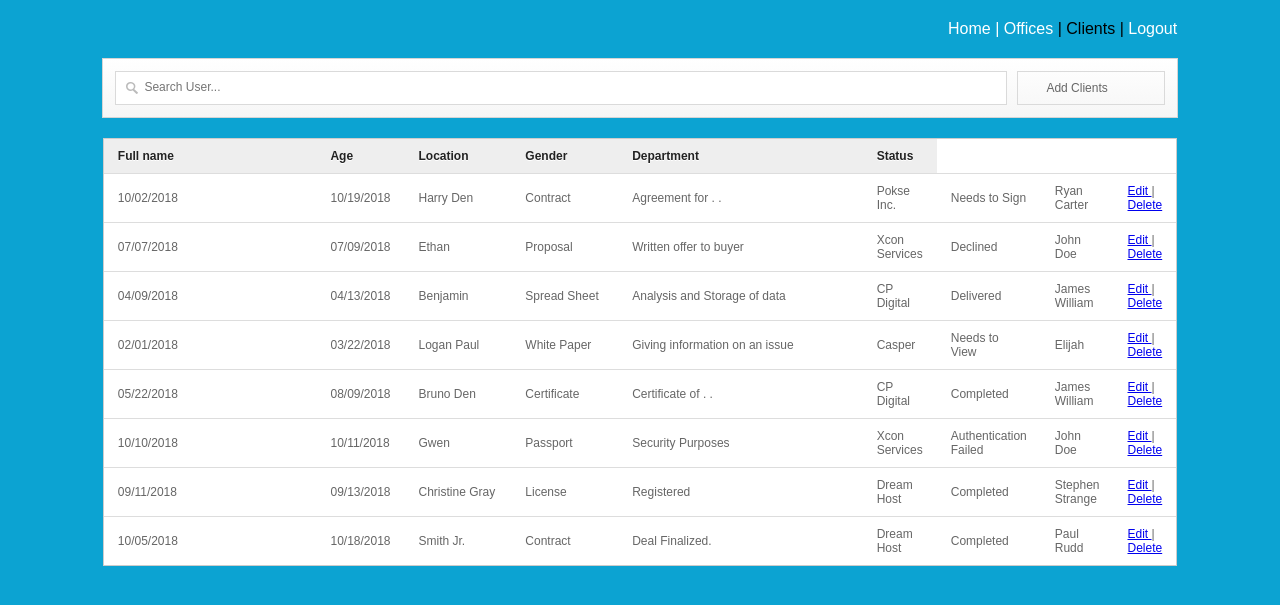
Repository: MrSyntax31/recordmanagement
Page: http://localhost/main/clients.php
An editor plug-in stored every save of this project. The page is shown before and after the next save, followed by the edit.
The browser window is 1280 px wide. The pictures show the whole page.
The page is run by PHP 8.4 with error messages shown; the project is at /var/www/html/. The database holds what the project's SQL file puts in it.

Above is the page before, as saved 2022-03-03 14:41:23.

### main/clients.php
<style>
body {
	background: #0ca3d2;
}
table { border-collapse: separate; background-color: #FFFFFF; border-spacing: 0; width: 85%; color: #666666; text-shadow: 0 1px 0 #FFFFFF; border: 1px solid #CCCCCC; box-shadow: 0; margin: 0 auto;font-family: arial; }
table thead tr th { background: none repeat scroll 0 0 #EEEEEE; color: #222222; padding: 10px 14px; text-align: left; border-top: 0 none; font-size: 12px; }
table tbody tr td{
    background-color: #FFFFFF;
	font-size: 12px;
    text-align: left;
	padding: 10px 14px;
	border-top: 1px solid #DDDDDD;
}
#log {
	width: 85%;
	text-align: right;
	margin: 20px auto;
	font-family: arial;
}
#log a {
	color: #FFFFFF;
	text-decoration: none;
	font-family: arial;
}
#formdesign {
	background: linear-gradient(to bottom, #FFFFFF 0%, #F6F6F6 100%) repeat scroll 0 0 rgba(0, 0, 0, 0);
    border: 1px solid #D5D5D5;
    padding: 12px;
    position: relative;
	margin: 20px auto;
	width: 83%;
	clear: both;
	height: 34px;
}
#filter {
	-moz-box-sizing: border-box;
    background: url("img/big_search.png") no-repeat scroll 10px 10px #FFFFFF;
    box-shadow: none;
    display: block;
    font-size: 12px;
    height: 34px;
    padding: 9px 140px 9px 28px;display: block;
    font-size: 12px;
    height: 34px;
    padding: 9px 140px 9px 28px;
    width: 85%;
	border: 1px solid #DADADA;
    transition: border 0.2s linear 0s, box-shadow 0.2s linear 0s;
	padding-top: 6px;
	float: left;
}
#add {
	float: right;
	width: 8.5%;
	display: block;
    font-size: 12px;
    height: 14px;
    padding: 9px 28px 9px 28px;
	border: 1px solid #DADADA;
}
a#add {
	text-decoration: none;
	color: #666666;
	font-family: arial;
	font-size: 12px;
}

</style>
<script src="argiepolicarpio.js" type="text/javascript" charset="utf-8"></script>
<script src="js/application.js" type="text/javascript" charset="utf-8"></script>
<!--sa poip up-->
<link href="src/facebox.css" media="screen" rel="stylesheet" type="text/css" />
   <script src="lib/jquery.js" type="text/javascript"></script>
  <script src="src/facebox.js" type="text/javascript"></script>
  <script type="text/javascript">
    jQuery(document).ready(function($) {
      $('a[rel*=facebox]').facebox({
        loadingImage : 'src/loading.gif',
        closeImage   : 'src/closelabel.png'
      })
    })
  </script>
<div id="log"> <a href="index.php">Home | <a href="offices.php">Offices</a> | Clients |  <a href="../index.php">Logout</a>
</div>
<div id="formdesign">
<input type="text" name="filter" value="" id="filter" placeholder="Search User..." autocomplete="off" />
<a rel="facebox" href="add.php" id="add">Add Clients</a>
</div>
<table cellspacing="0" cellpadding="2" id="resultTable">
<thead>
	<tr>
		<th width="20%"> Full name</th>
		<th width="7%"> Age</th>
		<th width="10%"> Location </th>
		<th width="10%"> Gender </th>
		<th width="23%"> Department </th>
		<th width="5%">  Status </th>
	</tr>
</thead>
<tbody>
	<?php
		include('connect.php');
		$result = $db->prepare("SELECT * FROM transaction ORDER BY id DESC");
		$result->execute();
		for($i=0; $row = $result->fetch(); $i++){
	?>
	<tr class="record">
		<td><?php echo $row['date']; ?></td>
		<td><?php echo $row['dateout']; ?></td>
		<td><?php echo $row['receive_by']; ?></td>
		<td><?php echo $row['doc_type']; ?></td>
		<td><?php echo $row['description']; ?></td>
		<td><?php echo $row['office']; ?></td>
		<td><?php echo $row['status']; ?></td>
		<td><?php echo $row['ft']; ?></td>
		<td><a rel="facebox" href="editform.php?id=<?php echo $row['id']; ?>"> Edit </a> | <a href="#" id="<?php echo $row['id']; ?>" class="delbutton" title="Click To Delete">Delete</a></td>
	</tr>
	<?php
		}
	?>
</tbody>
</table>
<script src="js/jquery.js"></script>
  <script type="text/javascript">
$(function() {


$(".delbutton").click(function(){

//Save the link in a variable called element
var element = $(this);

//Find the id of the link that was clicked
var del_id = element.attr("id");

//Built a url to send
var info = 'id=' + del_id;
 if(confirm("Sure you want to delete this update? There is NO undo!"))
		  {

 $.ajax({
   type: "GET",
   url: "delete.php",
   data: info,
   success: function(){

   }
 });
         $(this).parents(".record").animate({ backgroundColor: "#fbc7c7" }, "fast")
		.animate({ opacity: "hide" }, "slow");

 }

return false;

});

});
</script>

### main/connect.php
<?php
/* Database config */
$db_host		= 'localhost';
$db_user		= 'root';
$db_pass		= '';
$db_database	= 'record';

/* End config */

$db = new PDO('mysql:host='.$db_host.';dbname='.$db_database, $db_user, $db_pass);
$db->setAttribute(PDO::ATTR_ERRMODE, PDO::ERRMODE_EXCEPTION);

?>

### main/js/application.js
$(document).ready(function() {
	zebraRows('tr:odd td', 'odd');

	$('tbody tr').hover(function(){
	  $(this).find('td').addClass('hovered');
	}, function(){
	  $(this).find('td').removeClass('hovered');
	});

	//default each row to visible
	$('tbody tr').addClass('visible');

	//overrides CSS display:none property
	//so only users w/ JS will see the
	//filter box
	$('#search').show();

	$('#filter').keyup(function(event) {
		//if esc is pressed or nothing is entered
    if (event.keyCode == 27 || $(this).val() == '') {
			//if esc is pressed we want to clear the value of search box
			$(this).val('');

			//we want each row to be visible because if nothing
			//is entered then all rows are matched.
      $('tbody tr').removeClass('visible').show().addClass('visible');
    }

		//if there is text, lets filter
		else {
      filter('tbody tr', $(this).val());
    }

		//reapply zebra rows
		$('.visible td').removeClass('odd');
		zebraRows('.visible:even td', 'odd');
	});

	//grab all header rows
	$('thead th').each(function(column) {
		$(this).addClass('sortable')
					.click(function(){
						var findSortKey = function($cell) {
							return $cell.find('.sort-key').text().toUpperCase() + ' ' + $cell.text().toUpperCase();
						};

						var sortDirection = $(this).is('.sorted-asc') ? -1 : 1;

						//step back up the tree and get the rows with data
						//for sorting
						var $rows		= $(this).parent()
																.parent()
																.parent()
																.find('tbody tr')
																.get();

						//loop through all the rows and find
						$.each($rows, function(index, row) {
							row.sortKey = findSortKey($(row).children('td').eq(column));
						});

						//compare and sort the rows alphabetically
						$rows.sort(function(a, b) {
							if (a.sortKey < b.sortKey) return -sortDirection;
							if (a.sortKey > b.sortKey) return sortDirection;
							return 0;
						});

						//add the rows in the correct order to the bottom of the table
						$.each($rows, function(index, row) {
							$('tbody').append(row);
							row.sortKey = null;
						});

						//identify the column sort order
						$('th').removeClass('sorted-asc sorted-desc');
						var $sortHead = $('th').filter(':nth-child(' + (column + 1) + ')');
						sortDirection == 1 ? $sortHead.addClass('sorted-asc') : $sortHead.addClass('sorted-desc');

						//identify the column to be sorted by
						$('td').removeClass('sorted')
									.filter(':nth-child(' + (column + 1) + ')')
									.addClass('sorted');

						$('.visible td').removeClass('odd');
						zebraRows('.visible:even td', 'odd');
					});
	});
});


//used to apply alternating row styles
function zebraRows(selector, className)
{
	$(selector).removeClass(className)
							.addClass(className);
}

//filter results based on query
function filter(selector, query) {
	query	=	$.trim(query); //trim white space
  query = query.replace(/ /gi, '|'); //add OR for regex

  $(selector).each(function() {
    ($(this).text().search(new RegExp(query, "i")) < 0) ? $(this).hide().removeClass('visible') : $(this).show().addClass('visible');
  });
}

### main/src/facebox.css
#facebox {
  position: absolute;
  top: 0;
  left: 0;
  z-index: 100;
  text-align: left;
}


#facebox .popup{
  position:relative;
  border:3px solid rgba(0,0,0,0);
  -webkit-border-radius:5px;
  -moz-border-radius:5px;
  border-radius:5px;
  -webkit-box-shadow:0 0 18px rgba(0,0,0,0.4);
  -moz-box-shadow:0 0 18px rgba(0,0,0,0.4);
  box-shadow:0 0 18px rgba(0,0,0,0.4);
}

#facebox .content {
  display:table;
  width: 280px;
  padding: 10px;
  background: #fff;
  -webkit-border-radius:4px;
  -moz-border-radius:4px;
  border-radius:4px;
}

#facebox .content > p:first-child{
  margin-top:0;
}
#facebox .content > p:last-child{
  margin-bottom:0;
}

#facebox .close{
  position:absolute;
  top:5px;
  right:5px;
  padding:2px;
  background:#fff;
}
#facebox .close img{
  opacity:0.3;
}
#facebox .close:hover img{
  opacity:1.0;
}

#facebox .loading {
  text-align: center;
}

#facebox .image {
  text-align: center;
}

#facebox img {
  border: 0;
  margin: 0;
}

#facebox_overlay {
  position: fixed;
  top: 0px;
  left: 0px;
  height:100%;
  width:100%;
}

.facebox_hide {
  z-index:-100;
}

.facebox_overlayBG {
  background-color: #000;
  z-index: 99;
}

.hoverbox
{
	cursor: default;
	list-style: none;
}

.hoverbox a
{
	cursor:pointer;
}


.hoverbox img
{
	background: #fff;
	border-color: #aaa #ccc #ddd #bbb;
	border-style: solid;
	border-width: 1px;
	color: inherit;
	padding: 2px;
	vertical-align: top;
	width: 115px;
	height: 70px;
	margin-bottom:5px;
}

### main/src/facebox.js
/*
 * Facebox (for jQuery)
 * version: 1.2 (05/05/2008)
 * @requires jQuery v1.2 or later
 *
 * Examples at http://famspam.com/facebox/
 *
 * Licensed under the MIT:
 *   http://www.opensource.org/licenses/mit-license.php
 *
 * Copyright 2007, 2008 Chris Wanstrath [ chris@ozmm.org ]
 *
 * Usage:
 *
 *  jQuery(document).ready(function() {
 *    jQuery('a[rel*=facebox]').facebox()
 *  })
 *
 *  <a href="#terms" rel="facebox">Terms</a>
 *    Loads the #terms div in the box
 *
 *  <a href="terms.html" rel="facebox">Terms</a>
 *    Loads the terms.html page in the box
 *
 *  <a href="terms.png" rel="facebox">Terms</a>
 *    Loads the terms.png image in the box
 *
 *
 *  You can also use it programmatically:
 *
 *    jQuery.facebox('some html')
 *    jQuery.facebox('some html', 'my-groovy-style')
 *
 *  The above will open a facebox with "some html" as the content.
 *
 *    jQuery.facebox(function($) {
 *      $.get('blah.html', function(data) { $.facebox(data) })
 *    })
 *
 *  The above will show a loading screen before the passed function is called,
 *  allowing for a better ajaxy experience.
 *
 *  The facebox function can also display an ajax page, an image, or the contents of a div:
 *
 *    jQuery.facebox({ ajax: 'remote.html' })
 *    jQuery.facebox({ ajax: 'remote.html' }, 'my-groovy-style')
 *    jQuery.facebox({ image: 'stairs.jpg' })
 *    jQuery.facebox({ image: 'stairs.jpg' }, 'my-groovy-style')
 *    jQuery.facebox({ div: '#box' })
 *    jQuery.facebox({ div: '#box' }, 'my-groovy-style')
 *
 *  Want to close the facebox?  Trigger the 'close.facebox' document event:
 *
 *    jQuery(document).trigger('close.facebox')
 *
 *  Facebox also has a bunch of other hooks:
 *
 *    loading.facebox
 *    beforeReveal.facebox
 *    reveal.facebox (aliased as 'afterReveal.facebox')
 *    init.facebox
 *    afterClose.facebox
 *
 *  Simply bind a function to any of these hooks:
 *
 *   $(document).bind('reveal.facebox', function() { ...stuff to do after the facebox and contents are revealed... })
 *
 */
(function($) {
  $.facebox = function(data, klass) {
    $.facebox.loading()

    if (data.ajax) fillFaceboxFromAjax(data.ajax, klass)
    else if (data.image) fillFaceboxFromImage(data.image, klass)
    else if (data.div) fillFaceboxFromHref(data.div, klass)
    else if ($.isFunction(data)) data.call($)
    else $.facebox.reveal(data, klass)
  }

  /*
   * Public, $.facebox methods
   */

  $.extend($.facebox, {
    settings: {
      opacity      : 0.2,
      overlay      : false,
      loadingImage : '/facebox/loading.gif',
      closeImage   : '/facebox/closelabel.png',
      imageTypes   : [ 'png', 'jpg', 'jpeg', 'gif' ],
      faceboxHtml  : '\
    <div id="facebox" style="display:none;"> \
      <div class="popup"> \
        <div class="content"> \
        </div> \
        <a href="#" class="close"><img src="/facebox/closelabel.png" title="close" class="close_image" /></a> \
      </div> \
    </div>'
    },

    loading: function() {
      init()
      if ($('#facebox .loading').length == 1) return true
      showOverlay()

      $('#facebox .content').empty()
      $('#facebox .body').children().hide().end().
        append('<div class="loading"><img src="'+$.facebox.settings.loadingImage+'"/></div>')

      $('#facebox').css({
        top:	getPageScroll()[1] + (getPageHeight() / 10),
        left:	$(window).width() / 2 - 205
      }).show()

      $(document).bind('keydown.facebox', function(e) {
        if (e.keyCode == 27) $.facebox.close()
        return true
      })
      $(document).trigger('loading.facebox')
    },

    reveal: function(data, klass) {
      $(document).trigger('beforeReveal.facebox')
      if (klass) $('#facebox .content').addClass(klass)
      $('#facebox .content').append(data)
      $('#facebox .loading').remove()
      $('#facebox .body').children().fadeIn('normal')
      $('#facebox').css('left', $(window).width() / 2 - ($('#facebox .popup').width() / 2))
      $(document).trigger('reveal.facebox').trigger('afterReveal.facebox')
    },

    close: function() {
      $(document).trigger('close.facebox')
      return false
    }
  })

  /*
   * Public, $.fn methods
   */

  $.fn.facebox = function(settings) {
    if ($(this).length == 0) return

    init(settings)

    function clickHandler() {
      $.facebox.loading(true)

      // support for rel="facebox.inline_popup" syntax, to add a class
      // also supports deprecated "facebox[.inline_popup]" syntax
      var klass = this.rel.match(/facebox\[?\.(\w+)\]?/)
      if (klass) klass = klass[1]

      fillFaceboxFromHref(this.href, klass)
      return false
    }

    return this.bind('click.facebox', clickHandler)
  }

  /*
   * Private methods
   */

  // called one time to setup facebox on this page
  function init(settings) {
    if ($.facebox.settings.inited) return true
    else $.facebox.settings.inited = true

    $(document).trigger('init.facebox')
    makeCompatible()

    var imageTypes = $.facebox.settings.imageTypes.join('|')
    $.facebox.settings.imageTypesRegexp = new RegExp('\.(' + imageTypes + ')$', 'i')

    if (settings) $.extend($.facebox.settings, settings)
    $('body').append($.facebox.settings.faceboxHtml)

    var preload = [ new Image(), new Image() ]
    preload[0].src = $.facebox.settings.closeImage
    preload[1].src = $.facebox.settings.loadingImage

    $('#facebox').find('.b:first, .bl').each(function() {
      preload.push(new Image())
      preload.slice(-1).src = $(this).css('background-image').replace(/url\((.+)\)/, '$1')
    })

    $('#facebox .close').click($.facebox.close)
    $('#facebox .close_image').attr('src', $.facebox.settings.closeImage)
  }

  // getPageScroll() by quirksmode.com
  function getPageScroll() {
    var xScroll, yScroll;
    if (self.pageYOffset) {
      yScroll = self.pageYOffset;
      xScroll = self.pageXOffset;
    } else if (document.documentElement && document.documentElement.scrollTop) {	 // Explorer 6 Strict
      yScroll = document.documentElement.scrollTop;
      xScroll = document.documentElement.scrollLeft;
    } else if (document.body) {// all other Explorers
      yScroll = document.body.scrollTop;
      xScroll = document.body.scrollLeft;
    }
    return new Array(xScroll,yScroll)
  }

  // Adapted from getPageSize() by quirksmode.com
  function getPageHeight() {
    var windowHeight
    if (self.innerHeight) {	// all except Explorer
      windowHeight = self.innerHeight;
    } else if (document.documentElement && document.documentElement.clientHeight) { // Explorer 6 Strict Mode
      windowHeight = document.documentElement.clientHeight;
    } else if (document.body) { // other Explorers
      windowHeight = document.body.clientHeight;
    }
    return windowHeight
  }

  // Backwards compatibility
  function makeCompatible() {
    var $s = $.facebox.settings

    $s.loadingImage = $s.loading_image || $s.loadingImage
    $s.closeImage = $s.close_image || $s.closeImage
    $s.imageTypes = $s.image_types || $s.imageTypes
    $s.faceboxHtml = $s.facebox_html || $s.faceboxHtml
  }

  // Figures out what you want to display and displays it
  // formats are:
  //     div: #id
  //   image: blah.extension
  //    ajax: anything else
  function fillFaceboxFromHref(href, klass) {
    // div
    if (href.match(/#/)) {
      var url    = window.location.href.split('#')[0]
      var target = href.replace(url,'')
      if (target == '#') return
      $.facebox.reveal($(target).html(), klass)

    // image
    } else if (href.match($.facebox.settings.imageTypesRegexp)) {
      fillFaceboxFromImage(href, klass)
    // ajax
    } else {
      fillFaceboxFromAjax(href, klass)
    }
  }

  function fillFaceboxFromImage(href, klass) {
    var image = new Image()
    image.onload = function() {
      $.facebox.reveal('<div class="image"><img src="' + image.src + '" /></div>', klass)
    }
    image.src = href
  }

  function fillFaceboxFromAjax(href, klass) {
    $.get(href, function(data) { $.facebox.reveal(data, klass) })
  }

  function skipOverlay() {
    return $.facebox.settings.overlay == false || $.facebox.settings.opacity === null
  }

  function showOverlay() {
    if (skipOverlay()) return

    if ($('#facebox_overlay').length == 0)
      $("body").append('<div id="facebox_overlay" class="facebox_hide"></div>')

    $('#facebox_overlay').hide().addClass("facebox_overlayBG")
      .css('opacity', $.facebox.settings.opacity)
      .click(function() { $(document).trigger('close.facebox') })
      .fadeIn(200)
    return false
  }

  function hideOverlay() {
    if (skipOverlay()) return

    $('#facebox_overlay').fadeOut(200, function(){
      $("#facebox_overlay").removeClass("facebox_overlayBG")
      $("#facebox_overlay").addClass("facebox_hide")
      $("#facebox_overlay").remove()
    })

    return false
  }

  /*
   * Bindings
   */

  $(document).bind('close.facebox', function() {
    $(document).unbind('keydown.facebox')
    $('#facebox').fadeOut(function() {
      $('#facebox .content').removeClass().addClass('content')
      $('#facebox .loading').remove()
      $(document).trigger('afterClose.facebox')
    })
    hideOverlay()
  })

})(jQuery);

### main/DATABASE/record.sql (the tables this page reads)
CREATE TABLE IF NOT EXISTS `transaction` (
`id` int(11) NOT NULL,
  `date` varchar(100) NOT NULL,
  `doc_type` varchar(100) NOT NULL,
  `description` varchar(1000) NOT NULL,
  `office` varchar(100) NOT NULL,
  `status` varchar(100) NOT NULL,
  `dateout` varchar(100) NOT NULL,
  `receive_by` varchar(100) NOT NULL,
  `ft` varchar(100) NOT NULL
) ENGINE=InnoDB AUTO_INCREMENT=9 DEFAULT CHARSET=latin1;

INSERT INTO `transaction` (`id`, `date`, `doc_type`, `description`, `office`, `status`, `dateout`, `receive_by`, `ft`) VALUES
(1, '10/05/2018', 'Contract', 'Deal Finalized. ', 'Dream Host', 'Completed', '10/18/2018', 'Smith Jr.', 'Paul Rudd'),
(2, '09/11/2018', 'License', 'Registered', 'Dream Host', 'Completed', '09/13/2018', 'Christine Gray', 'Stephen Strange'),
(3, '10/10/2018', 'Passport', 'Security Purposes', 'Xcon Services', 'Authentication Failed', '10/11/2018', 'Gwen', 'John Doe'),
(4, '05/22/2018', 'Certificate', 'Certificate of . .', 'CP Digital', 'Completed', '08/09/2018', 'Bruno Den', 'James William'),
(5, '02/01/2018', 'White Paper', 'Giving information on an issue', 'Casper', 'Needs to View', '03/22/2018', 'Logan Paul', 'Elijah'),
(6, '04/09/2018', 'Spread Sheet', 'Analysis and Storage of data', 'CP Digital', 'Delivered', '04/13/2018', 'Benjamin', 'James William'),
(7, '07/07/2018', 'Proposal', 'Written offer to buyer', 'Xcon Services', 'Declined', '07/09/2018', 'Ethan', 'John Doe'),
(8, '10/02/2018', 'Contract', 'Agreement for . .', 'Pokse Inc.', 'Needs to Sign', '10/19/2018', 'Harry Den', 'Ryan Carter');

ALTER TABLE `transaction`
 ADD PRIMARY KEY (`id`);

ALTER TABLE `transaction`
MODIFY `id` int(11) NOT NULL AUTO_INCREMENT,AUTO_INCREMENT=9;

Loaded but not shown: main/argiepolicarpio.js (library); main/lib/jquery.js (library); main/js/jquery.js (library)

After the next save:
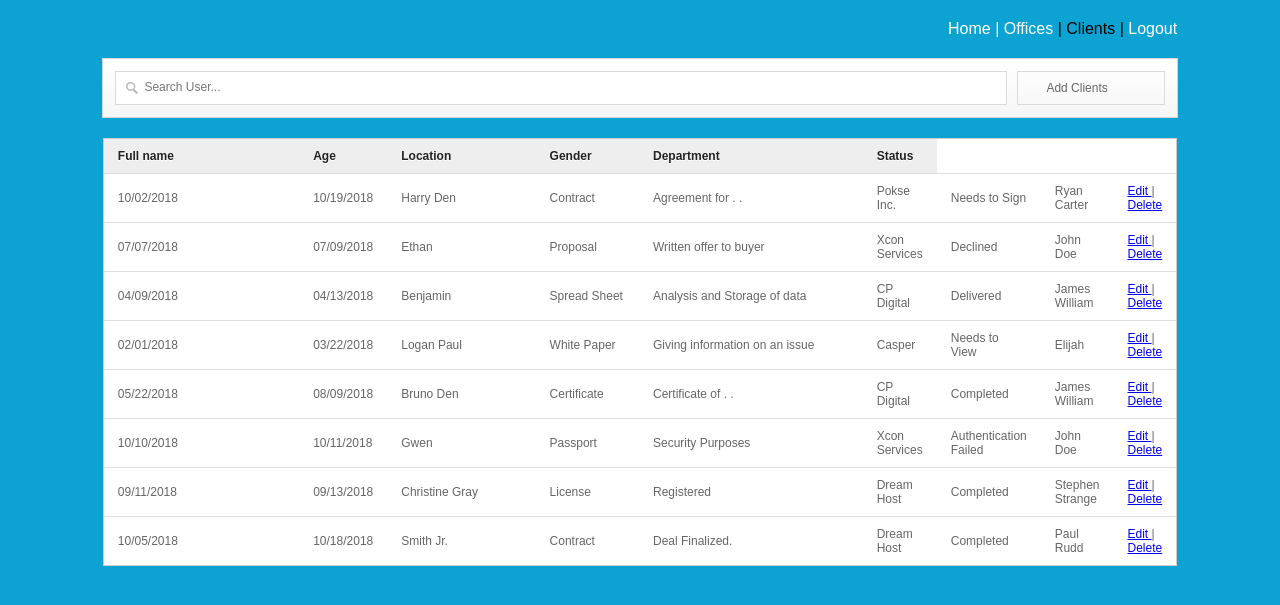
Saved 14 s later.
--- a/main/clients.php
+++ b/main/clients.php
@@ -91,7 +91,7 @@ a#add {
 	<tr>
 		<th width="20%"> Full name</th>
 		<th width="7%"> Age</th>
-		<th width="10%"> Location </th>
+		<th width="15%"> Location </th>
 		<th width="10%"> Gender </th>
 		<th width="23%"> Department </th>
 		<th width="5%">  Status </th>
